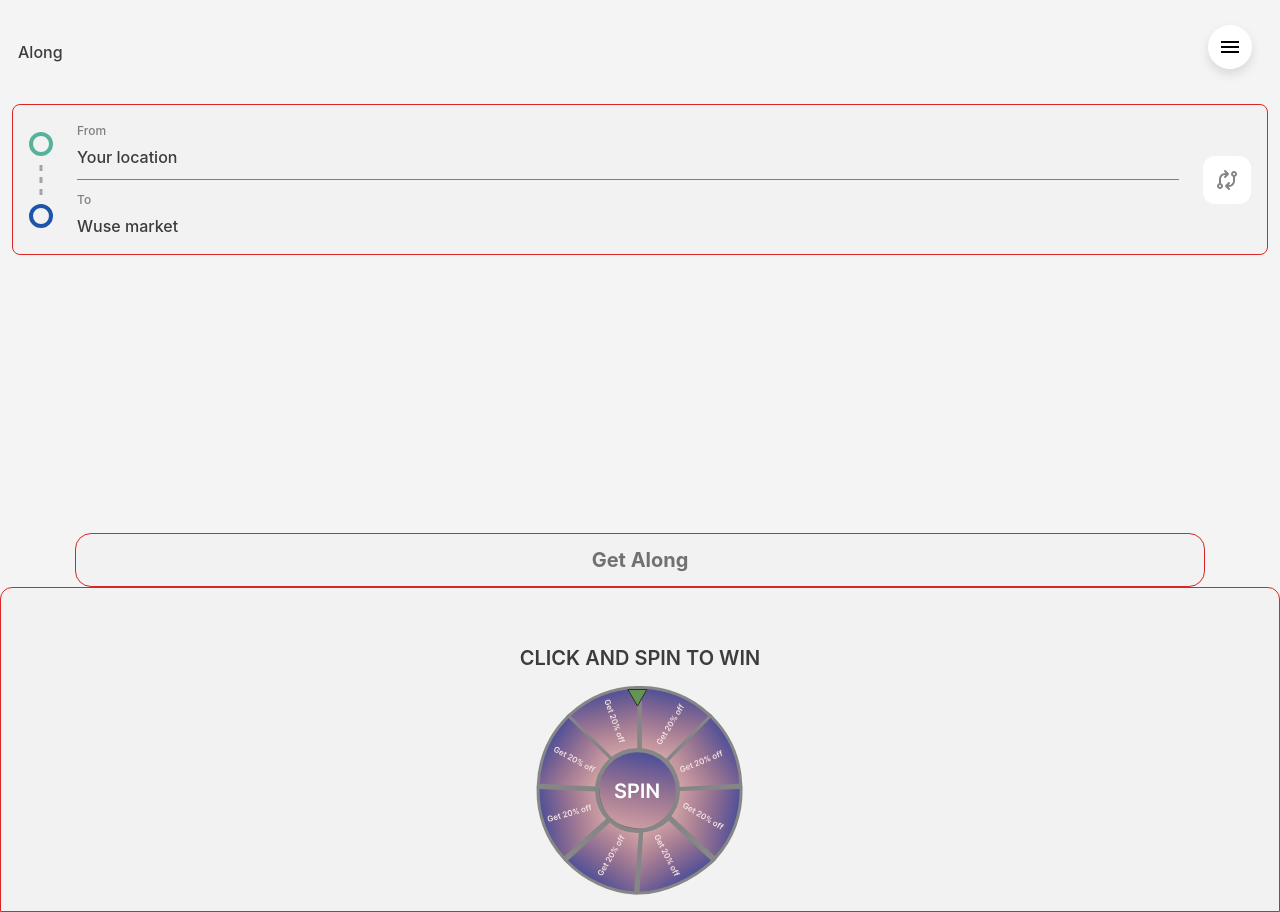
Repository: TeamAlong/Along-App
Page: /
An editor plug-in stored every save of this project. The page is shown before and after the next save, followed by the edit.
The browser window is 1280 px wide. The pictures show the whole page.
The project was rebuilt for these pictures with package versions that can differ from the ones it lists, and the page was loaded fresh each time. The framework's server and built-in components were replaced by stand-ins that run in the browser. Also part of the build but not shown: next.config.mjs, src/components/user/drivers-preview.js.

Above is the page before, as saved 2024-02-26 22:20:43.

### src/pages/index.js
import { useState } from "react";
import Layout from "@/components/Layout";
import Image from "next/image";
import { useUi } from "@/context/UiContext/uiContext";
import Circles from "../../public/assets/loc-circles.svg";
import Rout from "../../public/assets/route-icon.svg";

export default function Home() {
  const { setShowSpin } = useUi();

  const handleGetAlongClick = () => {
    setShowSpin(false); // Hide the spin and show drivers preview
  };
  return (
    <Layout>
      <main className=" px-3 flex flex-col gap-[278px]">
        <section className="w-full flex items-center gap-6 px-4 py-[18px] rounded-lg bg-[#F2F2F2] border border-red-600">
          <Image src={Circles} alt="" />

          <div className="w-full flex flex-col">
            <div className="flex flex-col gap-2 items-start border-b border-[#7E7E7E] pb-3">
              <p className="text-xs text-[#7E7E7E]">From</p>
              <input
                className="w-full h-full bg-transparent border-none outline-none"
                type="text"
                placeholder="Your location"
              />
            </div>

            <div className="flex flex-col gap-2 items-start pt-3 ">
              <p className="text-xs text-[#7E7E7E]">To</p>
              <input
                className="w-full h-full bg-transparent border-none outline-none"
                type="text"
                placeholder="Wuse market"
              />
            </div>
          </div>

          <Image src={Rout} alt="" />
        </section>

        <button
          className="w-[90%] self-center bg-[#F2F2F2] py-3 px-4 rounded-2xl text-xl text-[#717171] font-bold border border-red-600"
          onClick={handleGetAlongClick}
        >
          Get Along
        </button>
      </main>
    </Layout>
  );
}

### src/context/UiContext/uiContext.js
import React, { createContext, useContext, useState } from "react";

const UiContext = createContext();

export const useUi = () => useContext(UiContext);

export const UiProvider = ({ children }) => {
  const [showSpin, setShowSpin] = useState(true);

  return (
    <UiContext.Provider value={{ showSpin, setShowSpin }}>
      {children}
    </UiContext.Provider>
  );
};

### src/components/Layout.js
import Head from "next/head";
import Footer from "./Footer";
import Navbar from "./Navbar";

export default function Layout({ title, keywords, description, children }) {
  return (
    <div className="flex flex-col min-h-screen">
      <Head>
        <title>{title}</title>
        <meta name="description" content={description} />
        <meta name="keywords" content={keywords} />
        <meta charSet="utf-8" />
      </Head>
      <Navbar />

      <div className="flex-grow">{children}</div>

      <Footer />
    </div>
  );
}

Layout.defaultProps = {
  title: "Along app",
  description: "Along App",
  keywords: "Along App",
};

### src/components/Footer.js
import Image from "next/image";
import { useUi } from "@/context/UiContext/uiContext";
import DriversPreview from "./user/drivers-preview";
import Spin from "../../public/assets/spin-board.svg";

export default function Footer() {
  const { showSpin } = useUi();
  return (
    <footer className="w-full bg-[#F2F2F2] rounded-tl-[12px] rounded-tr-[12px] overflow-y-auto border border-red-600 z-50 pt-10 ">
      {showSpin ? (
        <div className="flex flex-col gap-2.5 items-center pt-4">
          <h3 className="text-xl font-semibold">CLICK AND SPIN TO WIN</h3>
          <Image src={Spin} alt="" />
        </div>
      ) : (
        <DriversPreview />
      )}
    </footer>
  );
}

### src/components/Navbar.js
import Image from "next/image";
import Menu from "../../public/assets/hamburger.svg";

export default function Navbar() {
  return (
    <nav className="flex items-center justify-between py-5 px-[18px]">
        <h1>Along</h1>
        <Image src={Menu} alt="hamburger menu"/>
    </nav>
  )
}

Loaded but not shown: src/pages/_app.js (common file); src/pages/_document.js (common file); src/styles/globals.css (common file); tailwind.config.js (common file)

After the next save:
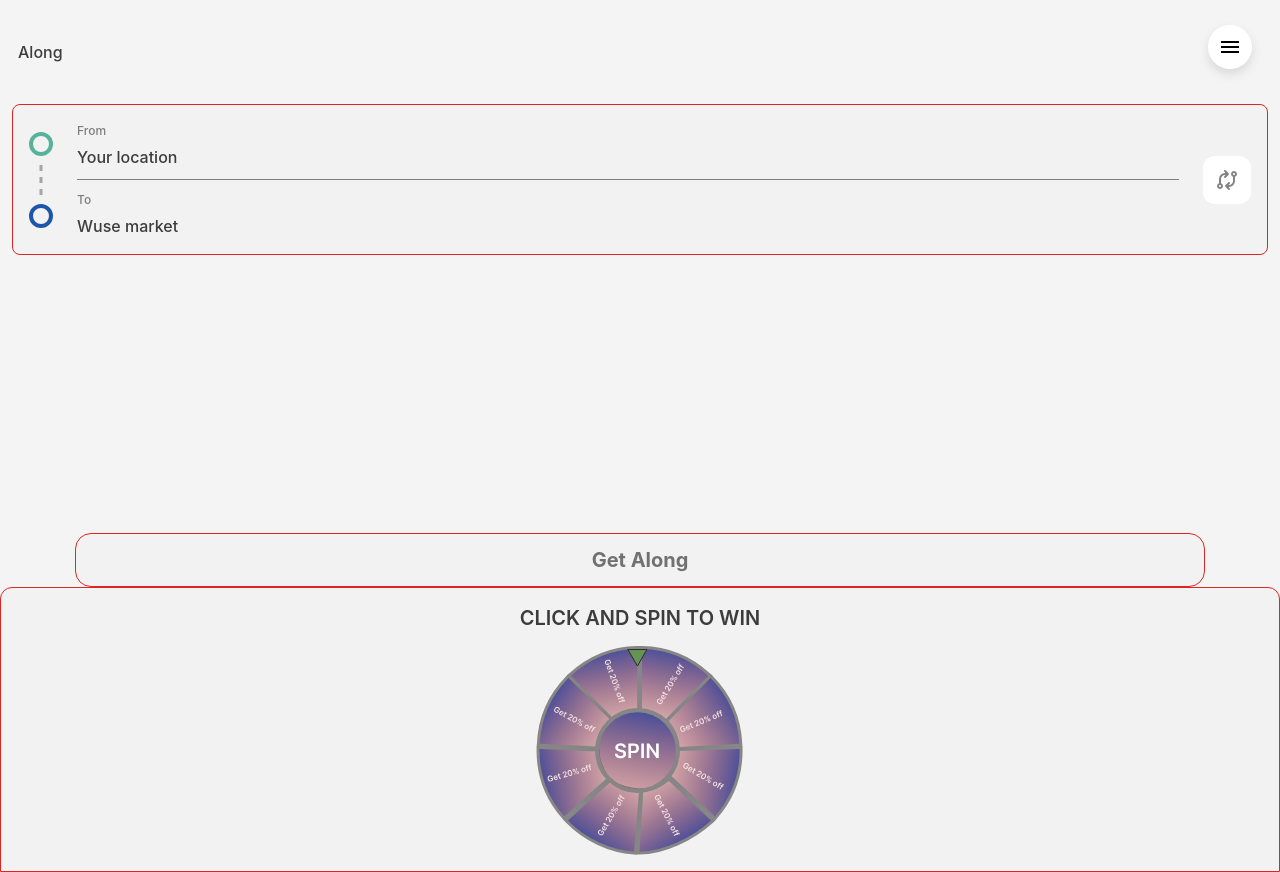
Saved 17 s later.
--- a/src/components/Footer.js
+++ b/src/components/Footer.js
@@ -6,7 +6,7 @@ import Spin from "../../public/assets/spin-board.svg";
 export default function Footer() {
   const { showSpin } = useUi();
   return (
-    <footer className="w-full bg-[#F2F2F2] rounded-tl-[12px] rounded-tr-[12px] overflow-y-auto border border-red-600 z-50 pt-10 ">
+    <footer className="w-full bg-[#F2F2F2] rounded-tl-[12px] rounded-tr-[12px] overflow-y-auto border border-red-600 z-50 ">
       {showSpin ? (
         <div className="flex flex-col gap-2.5 items-center pt-4">
           <h3 className="text-xl font-semibold">CLICK AND SPIN TO WIN</h3>
